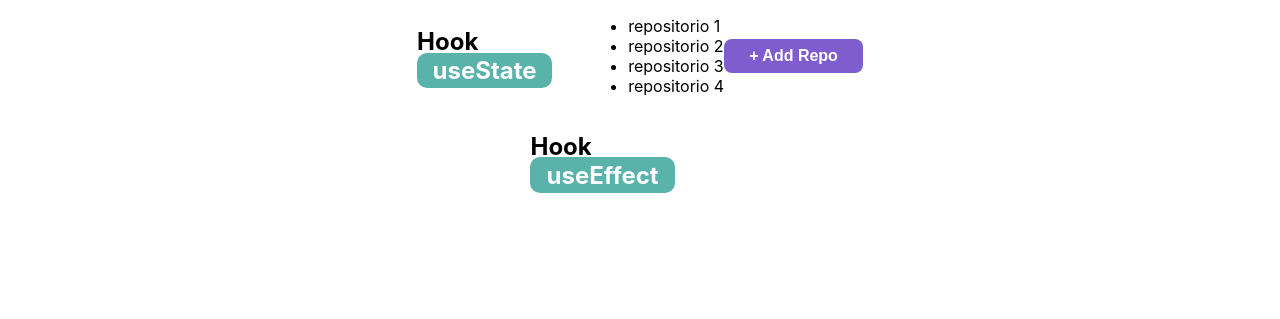
Repository: thiagolucio/react-hooks-use
Page: /
An editor plug-in stored every save of this project. The page is shown before and after the next save, followed by the edit.
The browser window is 1280 px wide. The pictures show the whole page.
The project was rebuilt for these pictures with package versions that can differ from the ones it lists, and the page was loaded fresh each time.

Above is the page before, as saved 2022-03-08 22:52:50.

### src/index.css
body {
  margin: 0;
  padding: 0;
  overflow-x: hidden;
  font-family: -apple-system, BlinkMacSystemFont, 'Segoe UI', 'Roboto', 'Oxygen',
    'Ubuntu', 'Cantarell', 'Fira Sans', 'Droid Sans', 'Helvetica Neue',
    sans-serif;
  -webkit-font-smoothing: antialiased;
  -moz-osx-font-smoothing: grayscale;
}

code {
  font-family: source-code-pro, Menlo, Monaco, Consolas, 'Courier New',
    monospace;
}

.container_column_center {
  display: flex;
  flex-direction: column;
  justify-content: flex-start;
  align-items: center;
}

.container_row_center {
  display: flex;
  flex-direction: row;
  justify-content: flex-start;
}


.font18px {font-size: 18px;}
.font20px {font-size: 20px;}
.font22px {font-size: 22px;}
.font24px {font-size: 24px;}

### src/App.js
import React from "react";
import "./App.css";

import UseStateExample from "./Components/UseStateExample";
import UseEffectExample from "./Components/UseEffectExample";

function App() {
  return (
    <>
        <UseStateExample />
        <UseEffectExample />
    </>
  );
}

export default App;

### src/App.css
.container {
    display: flex;
    align-items: center;
    justify-content: center;
}

.flex-row {
    flex-direction: row;
}
.flex-column {
    flex-direction: column;
}

### src/Components/UseStateExample.js
import React, { useState } from "react";
import "./UseStateExample.css";

function UseStateExample() {

  const [repositories, setRepositories] = useState([
    { id: 1, name: "repositorio 1" },
    { id: 2, name: "repositorio 2" },
    { id: 3, name: "repositorio 3" },
    { id: 4, name: "repositorio 4" },
  ]);

    function handleAddRepo() {

        let numName  = repositories.length + 1;

        setRepositories([...repositories, { id: Math.random(), name: "repositorio " + numName}]);
    }

  return (
    <div className="container">
      <h2>Hook <span className="badge-title">useState</span></h2>
      <ul>
        {repositories.map((repo) => (
          <li key={repo.id}>{repo.name}</li>
        ))}
      </ul>
      <button className="buttonApp" onClick={handleAddRepo}>+ Add Repo</button>
    </div>
  );
}

export default UseStateExample;

### src/Components/UseEffectExample.js
import React, { useState } from "react";
import "./UseStateExample.css";

function UseEffectExample() {

  const [repositories, setRepositories] = useState([]);

    function handleAddRepo() {

    }

  return (
    <div className="container">
      <h2>Hook <span className="badge-title">useEffect</span></h2>
      <ul>
        {repositories.map((repo) => (
          <li key={repo.id}>{repo.name}</li>
        ))}
      </ul>
    </div>
  );
}

export default UseEffectExample;

### src/Components/UseStateExample.css
.buttonApp {
    font-size: 16px;
    padding: 8px 25px;
    background-color: #7f5dce;
    border: 2px solid #7f5dce;
    color: #fff;
    font-weight: bold;
    border: none;
    border-radius: 8px;
}

.buttonApp:hover {
    background-color: white;
    border: 2px solid #7f5dce;
    color: #7f5dce;
    transition: all 0.2s ease-in;
    cursor: pointer;
}

.buttonApp:click {
    background-color: 45336e;
    border: 2px solid #45336e;
    color: #7f5dce;
    transition: all 0.2s ease-in;
    cursor: pointer;
}

.badge-title {
    font-size: 24px;
    padding: 2% 9%;
    background-color: #59b3ab;
    color: #fff;
    font-weight: bold;
    border: none;
    border-radius: 10px;
}

Loaded but not shown: public/index.html (common file); src/index.js (common file); src/reportWebVitals.js (common file)

After the next save:
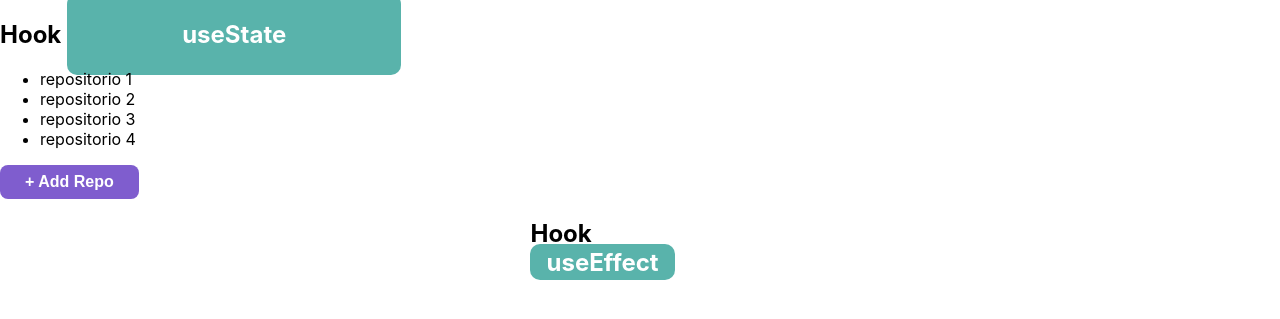
Saved 14 s later.
--- a/src/Components/UseStateExample.js
+++ b/src/Components/UseStateExample.js
@@ -18,7 +18,7 @@
     }
 
   return (
-    <div className="container">
+    <div className="">
       <h2>Hook <span className="badge-title">useState</span></h2>
       <ul>
         {repositories.map((repo) => (

After the save that followed:
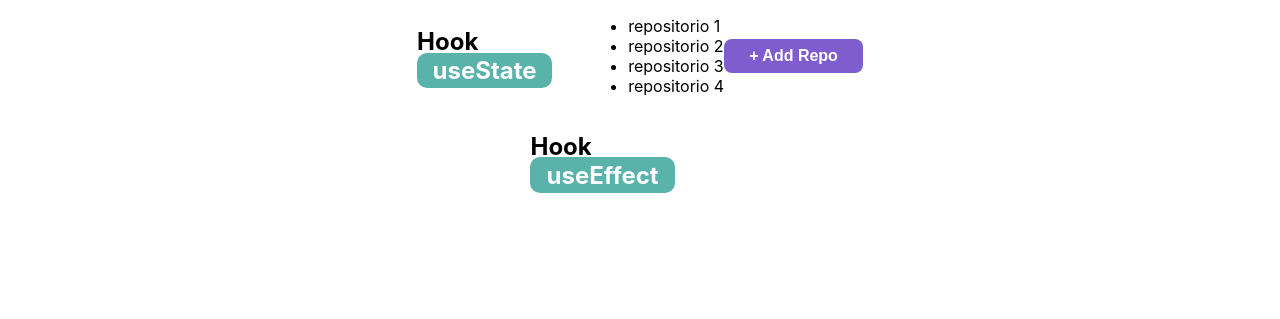
Saved 17 s later.
--- a/src/Components/UseStateExample.js
+++ b/src/Components/UseStateExample.js
@@ -18,9 +18,9 @@
     }
 
   return (
-    <div className="">
+    <div className="container">
       <h2>Hook <span className="badge-title">useState</span></h2>
-      <ul>
+      <ul className="flex-column">
         {repositories.map((repo) => (
           <li key={repo.id}>{repo.name}</li>
         ))}
